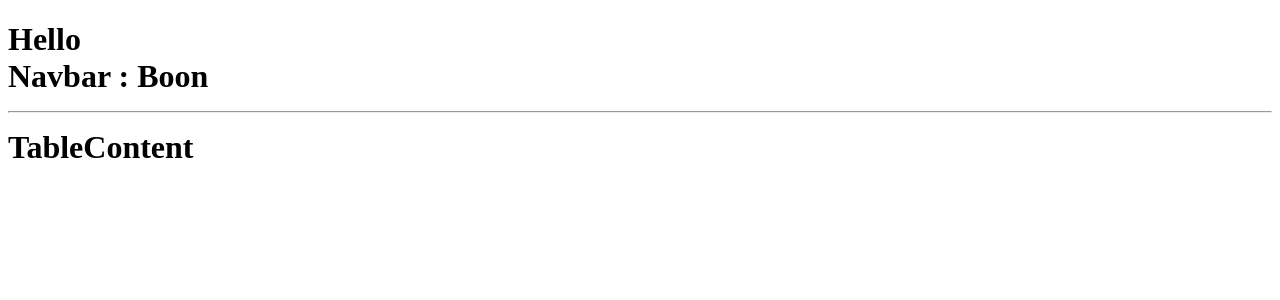
Repository: supakorn5039-boon/React-s
Page: /
These files come from the project's save history. The page is drawn as it stood at one moment and after the next save; the edit follows.
The browser window is 1280 px wide. The pictures show the whole page.
The project was rebuilt for these pictures with package versions that can differ from the ones it lists, and the page was loaded fresh each time. Also part of the build but not shown: vite.config.js.

Above is the page before, as saved 2024-01-08 23:48:04.

### src/App.jsx
import Navbar from "./components/Navbar";
import TableContent from "./components/TableContent";

export default function App() {
  var name = "Boon";

  const handleShow = () => {
    console.log("Click");
  };


  return (
    <h1>
      Hello
      <Navbar text={name} handleShow={handleShow} />
      <hr />
      <TableContent />
    </h1>
  );
}

### src/components/Navbar.jsx
export default function Navbar(props) {
  // eslint-disable-next-line react/prop-types
  return (
    <div>
      Navbar : {props.text}
    </div>
  );
}

### src/components/TableContent.jsx
export default function TableContent() {
  return <div>TableContent</div>;
}

Loaded but not shown: index.html (common file); src/main.jsx (common file)

After the next save:
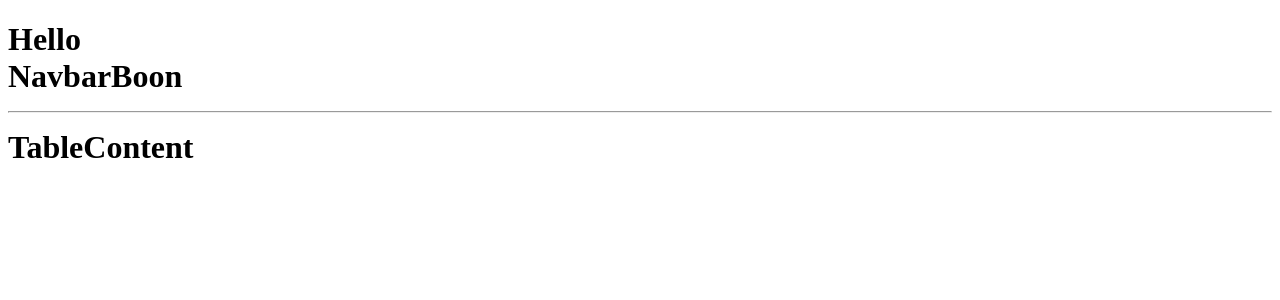
Saved 10 s later.
--- a/src/components/Navbar.jsx
+++ b/src/components/Navbar.jsx
@@ -2,7 +2,9 @@ export default function Navbar(props) {
   // eslint-disable-next-line react/prop-types
   return (
     <div>
-      Navbar : {props.text}
+      Navbar
+
+       {props.text}
     </div>
   );
 }
